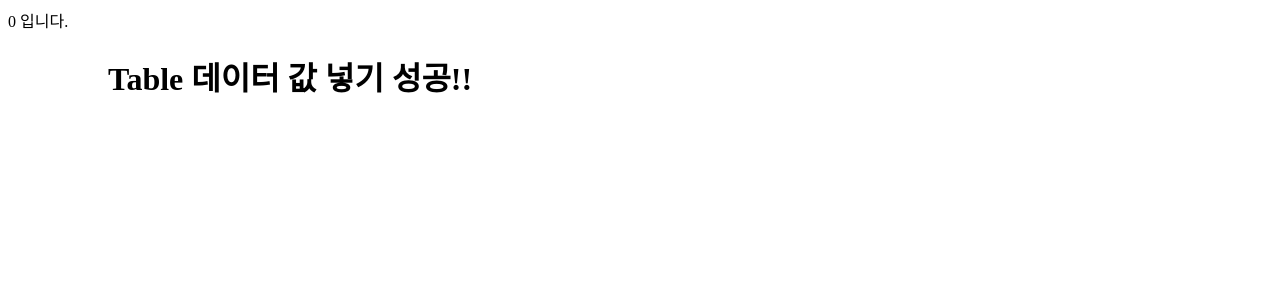
Repository: kimeuiyeob/KOPO_JSP_Study
Page: http://localhost/JSP/insertRandom.jsp
These files come from the project's save history. The page is drawn as it stood at one moment and after the next save; the edit follows.
The browser window is 1280 px wide. The pictures show the whole page.
The page is served by Tomcat 9. Queries for data that is not in the repository find no rows.

Above is the page before, as saved 2023-05-25 01:27:40.

After the next save:
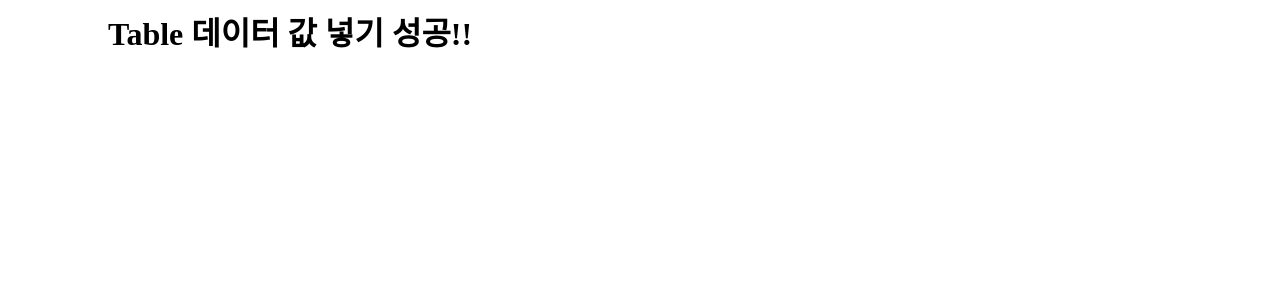
Saved 37 s later.
--- a/JSP/src/main/webapp/insertRandom.jsp
+++ b/JSP/src/main/webapp/insertRandom.jsp
@@ -35,7 +35,7 @@ h1 {
 		}
 
 		if(id == 0) {
-			out.print("0 입니다.");
+			id = 209901;
 		}
 
 		id++;
